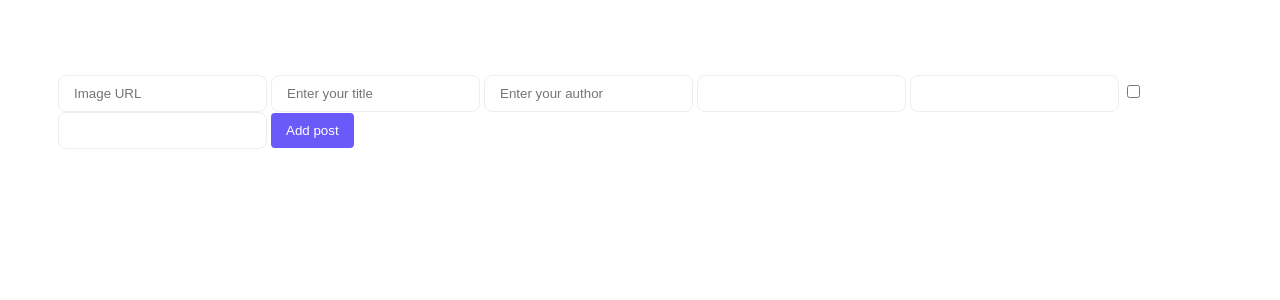
Repository: thuan711/All-about-JS
Page: api/api.html
The author's editor kept a copy of each file at every save. The page is drawn from the files as they stood at one save, then again after the next save.
The browser window is 1280 px wide. The pictures show the whole page.

Above is the page before, as saved 2023-01-22 21:24:34.

After the next save:
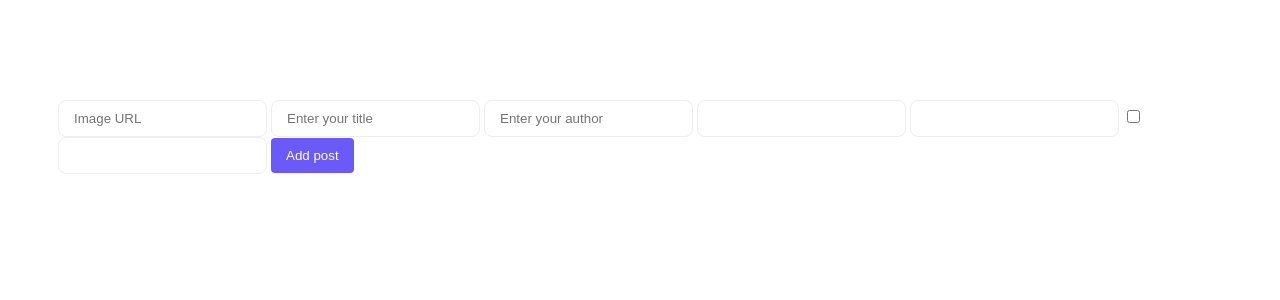
Saved 9 s later.
--- a/api/api.html
+++ b/api/api.html
@@ -115,8 +115,8 @@
           .form-post{
             display: block;
             justify-content: center;
-            gap: 0 50px;
-            margin: 25px auto;
+            gap: 0 25px;
+            margin: 50px auto;
             padding: 50px;
           }
           .form-post input{
